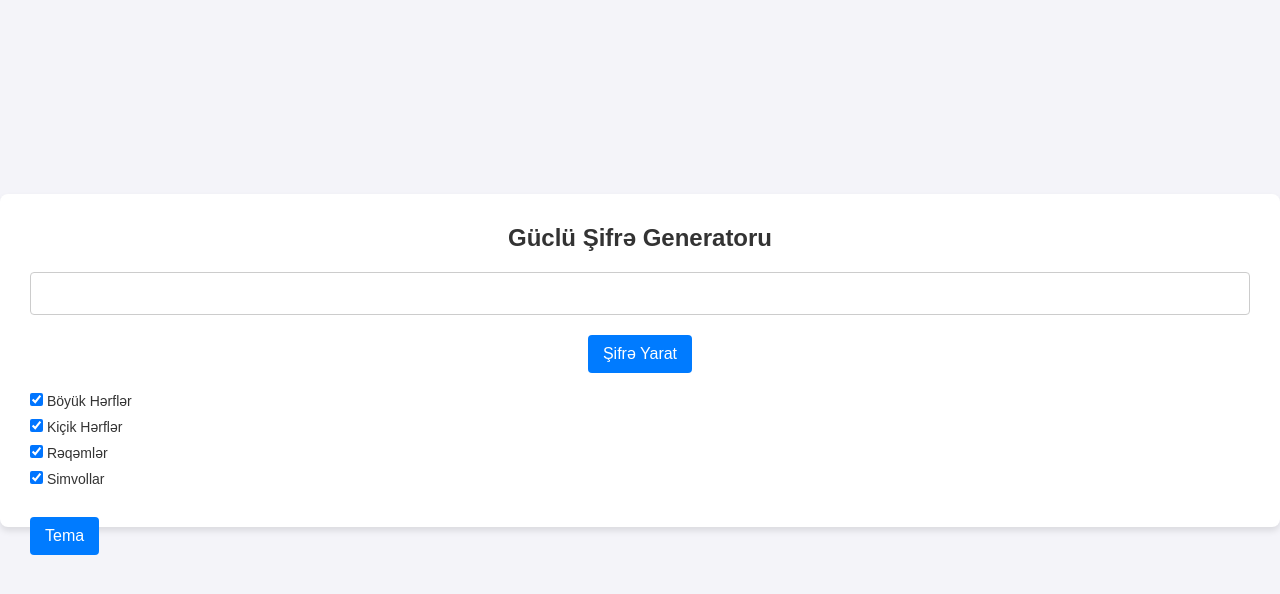
Repository: ferhadsultan98/pass-generator
Page: pass.html
An editor plug-in stored every save of this project. The page is shown before and after a run of saves, followed by the edit.
The browser window is 1280 px wide. The pictures show the whole page.

Above is the page before, as saved 2025-03-04 12:03:51.

### pass.html
<!DOCTYPE html>
<html lang="az">
<head>
  <meta charset="UTF-8">
  <meta name="viewport" content="width=device-width, initial-scale=1.0">
  <title>Güclü Şifrə Generatoru</title>
<style>
    * {
  margin: 0;
  padding: 0;
  box-sizing: border-box;
}

body {
  font-family: Arial, sans-serif;
  height: 100vh;
  display: flex;
  justify-content: center;
  align-items: center;
  background-color: #f4f4f9;
  color: #333;
  transition: background-color 0.3s, color 0.3s;
}

body.dark-mode {
  background-color: #333;
  color: #f4f4f9;
}

.container {
  background-color: #fff;
  padding: 30px;
  border-radius: 8px;
  box-shadow: 0 4px 6px rgba(0, 0, 0, 0.1);
  text-align: center;
  width: 100%;
}

body.dark-mode .container {
  background-color: #444;
  box-shadow: 0 4px 6px rgba(0, 0, 0, 0.3);
}

h1 {
  margin-bottom: 20px;
  font-size: 24px;
}

#password {
  width: 100%;
  padding: 10px;
  font-size: 18px;
  margin-bottom: 20px;
  border: 1px solid #ccc;
  border-radius: 4px;
}

button {
  padding: 10px 15px;
  font-size: 16px;
  background-color: #007bff;
  color: white;
  border: none;
  border-radius: 4px;
  cursor: pointer;
}

button:hover {
  background-color: #0056b3;
}

.options {
  margin-top: 20px;
  text-align: left;
}

label {
  display: block;
  margin-bottom: 10px;
  font-size: 14px;
}

.theme-switch {
  margin-top: 20px;
  position: absolute;
}

body.dark-mode .theme-switch label {
  color: #fff;
}

/* Responsiveness */
@media (max-width: 500px) {
  .container {
    padding: 20px;
  }

  h1 {
    font-size: 20px;
  }

  button {
    font-size: 14px;
  }
}

</style>
</head>
<body>
  <div class="container">
    <h1>Güclü Şifrə Generatoru</h1>
    <input type="text" id="password" readonly>
    <button onclick="generatePassword()">Şifrə Yarat</button>

    <div class="options">
      <label>
        <input type="checkbox" id="includeUppercase" checked>
        Böyük Hərflər
      </label>
      <label>
        <input type="checkbox" id="includeLowercase" checked>
        Kiçik Hərflər
      </label>
      <label>
        <input type="checkbox" id="includeNumbers" checked>
        Rəqəmlər
      </label>
      <label>
        <input type="checkbox" id="includeSymbols" checked>
        Simvollar
      </label>
    </div>

    <div class="theme-switch">
        <button id="themeToggle"  onchange="toggleTheme()">Tema</button>
    </div>
  </div>

<script>
    // Şifrə yaratma funksiyası
function generatePassword() {
  const length = 12; // Şifrə uzunluğu
  const includeUppercase = document.getElementById('includeUppercase').checked;
  const includeLowercase = document.getElementById('includeLowercase').checked;
  const includeNumbers = document.getElementById('includeNumbers').checked;
  const includeSymbols = document.getElementById('includeSymbols').checked;

  let characters = '';
  if (includeUppercase) characters += 'ABCDEFGHIJKLMNOPQRSTUVWXYZ';
  if (includeLowercase) characters += 'abcdefghijklmnopqrstuvwxyz';
  if (includeNumbers) characters += '0123456789';
  if (includeSymbols) characters += '!@#$%^&*()-_=+[]{}|;:,.<>?/';

  if (characters === '') {
    alert('Ən az bir seçim etməlisiniz!');
    return;
  }

  let password = '';
  for (let i = 0; i < length; i++) {
    password += characters.charAt(Math.floor(Math.random() * characters.length));
  }

  document.getElementById('password').value = password;
}

// Tema dəyişdirmə funksiyası
function toggleTheme() {
  const themeToggle = document.getElementById('themeToggle');
  if (themeToggle.checked) {
    document.body.classList.add('dark-mode');
  } else {
    document.body.classList.remove('dark-mode');
  }
}

</script>
</body>
</html>

After the next 2 saves:
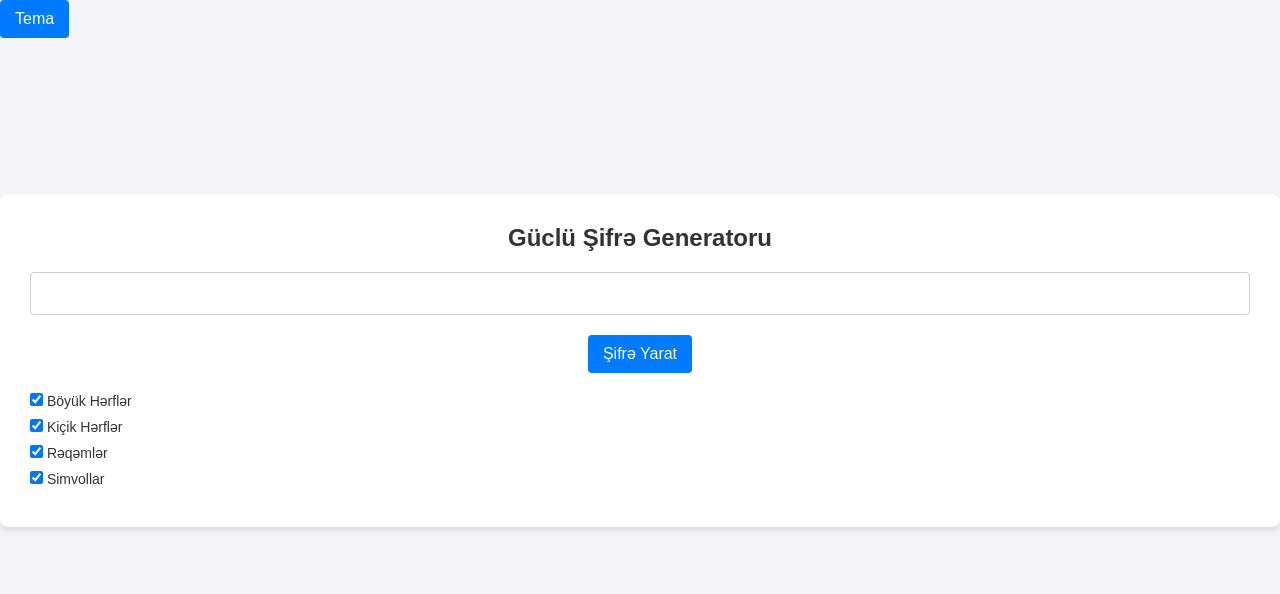
The 2 saves are shown as one change because they came seconds apart.
The last was saved 12 s later.
--- a/pass.html
+++ b/pass.html
@@ -81,7 +81,8 @@ label {
 }
 
 .theme-switch {
-  margin-top: 20px;
+left: 0;
+top: 0;
   position: absolute;
 }
 
